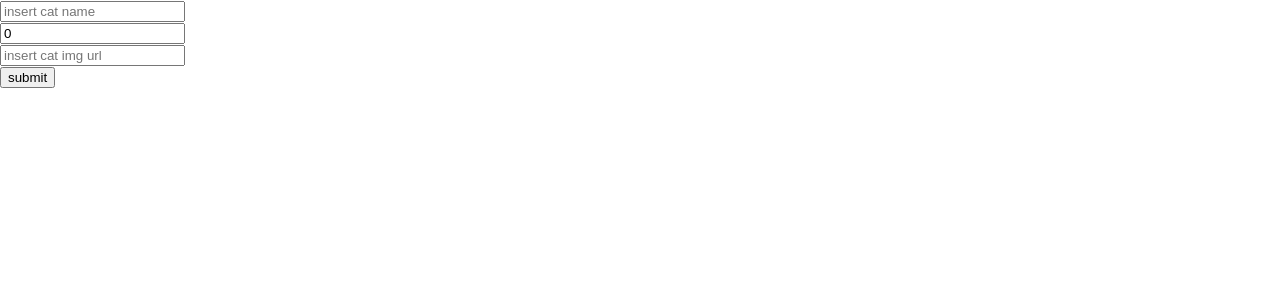
Repository: ehabmelhem/Mongodb
Page: / (app in simple-react-app/app/)
These files come from the project's save history. The page is drawn as it stood at one moment and after a run of saves; the edit follows.
The browser window is 1280 px wide. The pictures show the whole page.
The project was rebuilt for these pictures with package versions that can differ from the ones it lists, and the page was loaded fresh each time.

Above is the page before, as saved 2021-02-04 22:38:02.

After the next 5 saves:
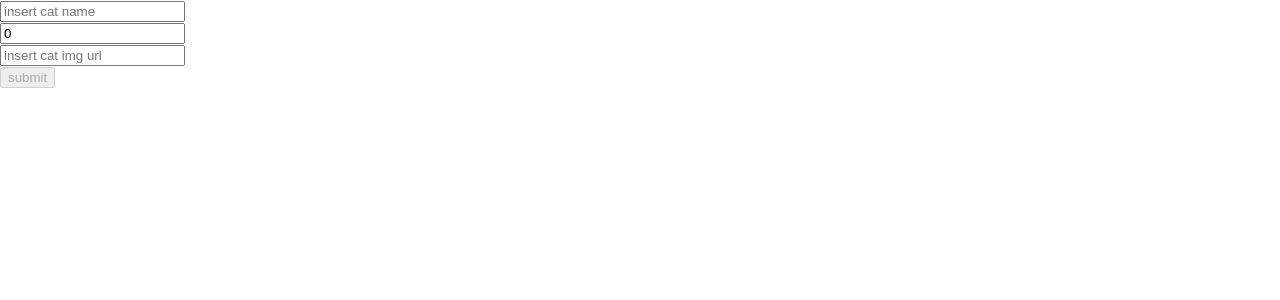
The 5 saves are shown as one change because they came seconds apart.
The last was saved 24 s later.
--- a/simple-react-app/app/src/App.js
+++ b/simple-react-app/app/src/App.js
@@ -53,7 +53,9 @@
           placeholder="insert cat img url"
         />
         <br />
-        <button type="submit">submit</button>
+        <button disabled={!name && !age && !url} type="submit">
+          submit
+        </button>
       </form>
     </div>
   );

After the 3 saves that followed:
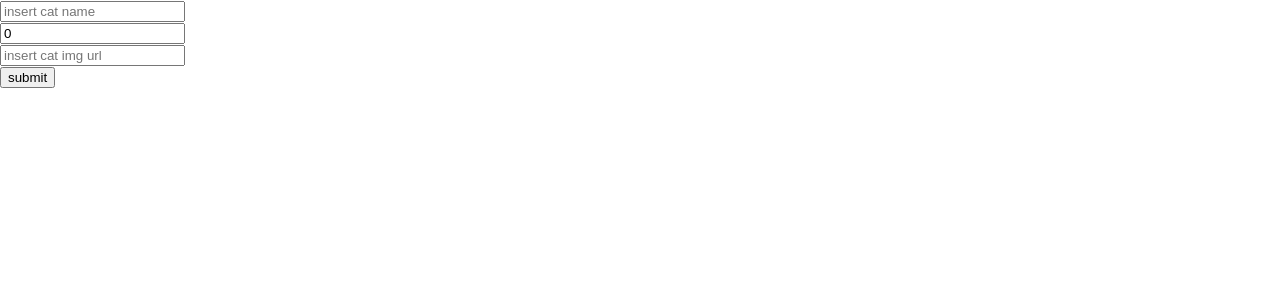
The 3 saves are shown as one change because they came seconds apart.
The last was saved 29 s later.
--- a/simple-react-app/app/src/App.js
+++ b/simple-react-app/app/src/App.js
@@ -53,7 +53,7 @@
           placeholder="insert cat img url"
         />
         <br />
-        <button disabled={!name && !age && !url} type="submit">
+        <button disabled={name && age && url} type="submit">
           submit
         </button>
       </form>
